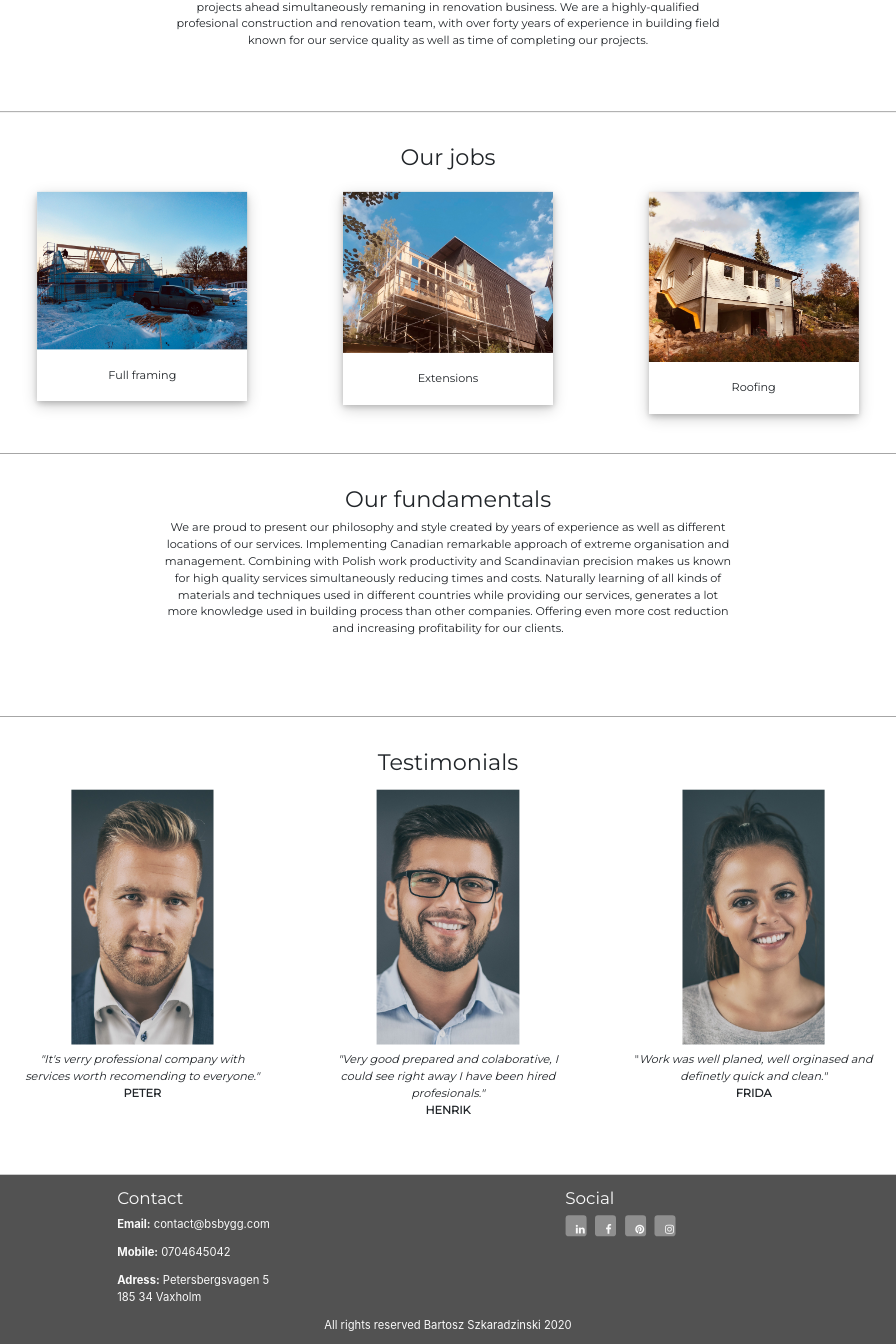
Repository: Bartie1982/milestone-project-1
Page: index.html
The author's editor kept a record of every edit. The page is drawn from the files as they stood at one moment, then again after the next edit.
The browser window is 1280 px wide. The pictures show the part of the page from y = 1033 to 2953 px (the page is 2953 px tall before and 2941 px after), at 70% of full size.

Above is the page before.

### index.html
<!DOCTYPE html>
<html lang="en">

<head>
    <meta charset="UTF-8">
    <meta name="viewport" content="width=device-width, initial-scale=1.0">
    <meta http-equiv="X-UA-Compatible" content="ie=edge">
    <link rel="stylesheet" href="https://stackpath.bootstrapcdn.com/bootstrap/4.3.1/css/bootstrap.min.css" type="text/css" />
    <link rel="stylesheet" href="https://stackpath.bootstrapcdn.com/font-awesome/4.7.0/css/font-awesome.min.css" type="text/css" />
    <link rel="stylesheet" href="assets/css/style.css" type="text/css" />
    <title>BsBygg</title>
</head>

<body>
    <header>
        <div class="container-fluid">
            <div class="row">
                    <div class="col-lg-11 d-flex">
                         <a href="index.html" class="col-md-2 logo "></a>
                        <nav class="navbar navbar-expand-xl navbar-dark">
                            <a class="navbar-brand" href="index.html">Bs bygg</a>
                                <button class="navbar-toggler" type="button" data-toggle="collapse" data-target="#navbarNav" aria-controls="navbarNav" aria-expanded="false" aria-label="Toggle navigation">
                                     <span class="navbar-toggler-icon"></span>
                                </button>
                                <div class="collapse navbar-collapse" id="navbarNav">
                                    <ul class="navbar-nav mr-auto">
                                        <li class="nav-item active">
                                            <a class="nav-link" href="#about-us">About us</a>
                                        </li>
                                        <li class="nav-item">
                                            <a class="nav-link" href="#our-jobs">Our jobs</a>
                                        </li>
                                        <li class="nav-item">
                                            <a class="nav-link" href="#our-fundamentals">Our fundamentals</a>
                                        </li>
                                        <li class="nav-item">
                                            <a class="nav-link" href="#testimonials">Testimonials</a>
                                        </li>
                                        <li class="nav-item">
                                            <a class="nav-link" href="#contact">Contact</a>
                                        </li>
                                    </ul>
                                </div>
                        </nav>
                    </div>
            </div>
        </div>
        <div class="container">
            <div class="row">
                    <div class="col-md-12 d-flex justify-content-center quote">
                        <h2>Profesionals simply by working different!</h2>
                    </div>
            </div>
        </div>
    </header>
        <div class="row">
            <div class="col-md-12 h-line3">
                <hr>
            </div>
        </div>
    <section>
        <div class="d-flex justify-content-center" id="about-us">
            <div class="col-md-8 about-us">
                <h2>About-us</h2>

                <p class="col-md-12 text-space">Established in 1995 our company is a family bussines,
                started by my father Zbigniew who was at that time  providing construction and renovation services of all sorts in Sweden and Scandinavia.
                In 1999 My brother and I have joined my fathers company and together with him we expanded rapidly.
                Completing bigger and more complicated houses designs in Sweden, Danmark, Uk, Poland and Canada over time  we were growing and evolving to get framing and construction projects ahead simultaneously remaning in renovation business.
                We are a highly-qualified profesional construction and renovation team, with over forty years of experience in building field known for our service quality as well as time of completing our projects.
                </p>

            </div>
        </div>

        <div class="row">
            <div class="col-md-12 h-line4">
                <hr>
            </div>
        </div>

    </section>
    <section>
        <div class="row" id="our-jobs">
            <div class="col-md-12 Our-jobs">
                <h2>Our jobs</h2>
                    <div class="row d-flex justify-content-around">
                        <div class="col-sm-12 col-md-12 col-lg-4">
                            <div class="polaroid">
                        <img src="./assets/images/balsta-light.jpg" alt="Full framing" style="width:100%">
                             <div class="container p">
                             <p>Full framing</p>
                             </div>
                       </div>
                        </div>
                        <div class="col-sm-12 col-md-12 col-lg-4">
                            <div class="polaroid">
                        <img src="./assets/images/flottare.jpg" alt="Extensions" style="width:100%">
                             <div class="container p">
                             <p>Extensions</p>
                             </div>
                       </div>
                        </div>
                        <div class="col-sm-12 col-md-12 col-lg-4">
                            <div class="polaroid">
                        <img src="./assets/images/akersberga.jpg" alt="Roofing" style="width:100%">
                             <div class="container p">
                             <p>Roofing</p>
                         </div>
                        </div>
                    </div>
                </div>
            </div>
        </div>
    </section>
    <section>
        <div class="row">
            <div class="col-md-12 h-line3">
                <hr>
            </div>
        </div>
        <div class="row d-flex justify-content-center" id="our-fundamentals">
            <div class="col-md-8 our-fundamentals">
                <h2>Our fundamentals</h2>

                <p class="col-md-12 text-space">We are proud to present our philosophy and style created by years of experience as well as different locations of our services.
                Implementing  Canadian remarkable approach of extreme organisation and management.
                Combining with Polish work productivity and Scandinavian precision makes us known for high quality services simultaneously reducing times and costs.
                Naturally learning of all kinds of materials and techniques used in different countries while providing our services, generates a lot more knowledge used in building process than other companies. Offering even more
                cost reduction and increasing profitability for our clients.
                </p>
            </div>
        </div>

        <div class="row">
            <div class="col-md-12 h-line4">
                <hr>
            </div>
        </div>
    </section>
    <section>
        <div class="row" id="testimonials">
            <div class="col-md-12 Testimonials">
                <h2>Testimonials</h2>
                    <div class="row people d-flex justify-content-around">
                        <div class="col-sm-12 col-md-4 person">
                            <img class="img-fluid" src="./assets/images/Face 6.jpg" alt="Peter">
                            <p class="text-space"><i>"It's verry professional company with services worth recomending to everyone."</i><br><b>PETER</b></p>
                        </div>
                        <div class="col-sm-12 col-md-4 person">
                            <img class="img-fluid" src="./assets/images/Face 4.jpg" alt="Henrik">
                            <p class="text-space"><i>"Very good prepared and colaborative, I could see right away I have been hired profesionals."</i><br><b>HENRIK</b></p>
                        </div>
                        <div class="col-sm-12 col-md-4 person">
                            <img class="img-fluid" src="./assets/images/Face 7.jpg" alt="Frida">
                            <p class="text-space">"<i>Work was well planed, well orginased and definetly quick and clean."</i><br><b>FRIDA</b></p>
                        </div>
                    </div>
            </div>
                <div class="row">
                    <div class="col-md-12 h-line4">
                        <hr>
                    </div>
                </div>
    </section>
    <footer class="container-fluid" id="contact">
        <div class="row">
                <div class="col-lg-6 col-md-6 col-sm-12 mx-auto">
                    <h4 class="general-sub w-50 mx-auto">Contact</h4>

                        <div class="w-50 mx-auto">
                            <div>
                            <p><b>Email:</b> contact@bsbygg.com</p>
                            </div>
                            <div>
                            <p><b>Mobile:</b> 0704645042 </p>
                            </div>
                            <div>
                            <p><b>Adress:</b> Petersbergsvagen 5 <br>185 34 Vaxholm</p>
                        </div>
                </div>
        </div>
            <div class="col-lg-6 col-md-6 col-sm-12 social mx-auto">
                <h4 class="general-sub w-50 mx-auto">Social</h4>
                <ul class="list-inline social-links w-50 mx-auto">
                <li class="list-inline-item">
                    <a target="_blank" href="https://www.linkedin.com/">
                        <i class="fa fa-linkedin" aria-hidden="true"></i>
                        <span class="sr-only">Linkedin</span>
                    </a>
                </li>

                <li class="list-inline-item">
                    <a target="_blank" href="https://www.facebook.com/">
                        <i class="fa fa-facebook" aria-hidden="true"></i>
                        <span class="sr-only">Facebook</span>
                    </a>

                </li>
                <li class="list-inline-item">
                    <a target="_blank" href="https://www.pinterest.com/">
                        <i class="fa fa-pinterest" aria-hidden="true"></i>
                        <span class="sr-only">Pinterest</span>
                    </a>
                </li>
                <li class="list-inline-item">
                    <a target="_blank" href="https://www.instagram.com/">
                        <i class="fa fa-instagram" aria-hidden="true"></i>
                        <span class="sr-only">Instagram</span>
                    </a>
                </li>

                </ul>
            </div>
        </div>
        <div class="d-flex justify-content-center">
            <p class="">All rights reserved  Bartosz Szkaradzinski 2020</p>
        </div>
    </footer>
</body>

</html>

### assets/css/style.css
@import url('https://fonts.googleapis.com/css?family=Montserrat&display=swap:100,200,300,400,500,600,700|Exo:100,200,300,400,500,600,700');


/*----------------------------------------------Colours*/
.bg-color-name-title {
      color: #000234;
}



/*----------------------------------------------Heading*/

html, body {
    width: 100vw;
    overflow-x: hidden;
    overflow-y: auto;
}

header {
    margin: 0;
    background: url("../images/Villa1.jpg");
    background-repeat: no-repeat;
    background-size: cover;
    height: 800px;

}

.logo {
    background: url("../images/logo1.png");
    background-position: left;
    background-repeat: no-repeat;
    background-size: 85px;
    min-height: 85px;
    margin-top: 5px;
    margin-left: 30px;

}

.navbar-dark {
    position: relative;
    font-size: 22px;

}

.navbar-brand {
    margin-bottom: 8px;
    font-size: 25px;

}

.quote {
    margin-top: 550px;
    margin-left: auto;
    margin-right: auto;
    color: #cdcdcd;
    font-family: "Exo", Montserrat;
    font-weight: 100;
    font-size: 30px;

}

/*----------------------------------------------About us*/

.about-us {

    font-family: "Exo", Montserrat;
    margin-top: 30px;
    text-align: center;
    min-height: 300px;

}

/*----------------------------------------------Our fundamentals*/



.our-fundamentals {
    font-family: "Exo", Montserrat;
    margin-top: 30px;
    text-align: center;
    min-height: 300px;
}




/*----------------------------------------------Our jobs*/

.polaroid {
  width: 300px;
  box-shadow: 0 4px 8px 0 rgba(0, 0, 0, 0.2), 0 6px 20px 0 rgba(0, 0, 0, 0.19);
  text-align: center;
  margin: 30px auto 40px auto;

}

.Our-jobs {
    font-family: "Exo", Montserrat;
    margin-top: 30px;
    text-align: center;
    min-height: 300px;

}


/*----------------------------------------------Testimonials*/

.container p {
  padding: 25px;
}
.people {
    margin-top:20px;
    margin-bottom: 40px;
}
.person {

    height: inherit;
    margin-bottom: 30px;
}
.person img {
    width: 50%;
    margin-left: auto;
    margin-right: auto;
}
.person p {
    padding-left: 30px;
    padding-right: 30px;
}


.name {
    font-family: "Exo", Montserrat;
    background-position: center;
    margin-top: 50px;
    font-weight: 100;
    min-height: 100px;
    font-size: 46px;
    color: #fff;

}

.Testimonials {
    font-family: "Exo", Montserrat;
    margin-top: 30px;
    text-align: center;
    min-height: 300px;

}

/*----------------------------------------------Spacers/lines/margins/paddings/text */

h1,
h2,
h3,
h4 {
       margin: 0;
}



hr {
    background-color: grey;
    height: 1px;
    border: 0; }

.h-line3 {
    margin-top: 0;

}

.h-line4 {
    margin-top: 1%;
}

.text-space {
    margin-top: 10px;
    margin-bottom: 10px;
}

.general-sub {
    margin-top: 20px;
    margin-bottom: 10px;
    color: #fafafa;
    font-family: "Exo", Montserrat;
    font-weight: 300;

}

.inline-block {
    display: inline-block;

}

/*----------------------------------------------Footer*/

footer {
    background-color: #525252;
    color: #fafafa;
    min-height: 240px;
}

.contact {
    margin-left: auto;
    margin-right: auto;

}

.quote-pdf i {
    font-size: 20px;
    color: #fafafa;
    text-align: center;
    padding-left: 8px;
    transition: all 0.45s ease-in;
    -moz-transition: all 0.45s ease-in;
    -webkit-transition: all 0.45s ease-in;
    -o-transition: all 0.45s ease-in;
}

.quote-pdf i:hover {
    color: #40A8AF;

}
.social {
     margin-right: auto;
     margin-left: auto;
}

.social-links li a i {
    width: 30px;
    height:30px;
    padding: 15px;
    border-radius: 15%;
    font-size: 15px;
    line-height: 10px;
    text-align: center;
    color: #fafafa;
    background: #8f8f8f;
    transition: all 0.35s ease-in;
    -moz-transition: all 0.35s ease-in;
    -webkit-transition: all 0.35s ease-in;
    -o-transition: all 0.35s ease-in;
}

.social-links li a i:hover {
    background: #40A8AF;
}

After the next edit:
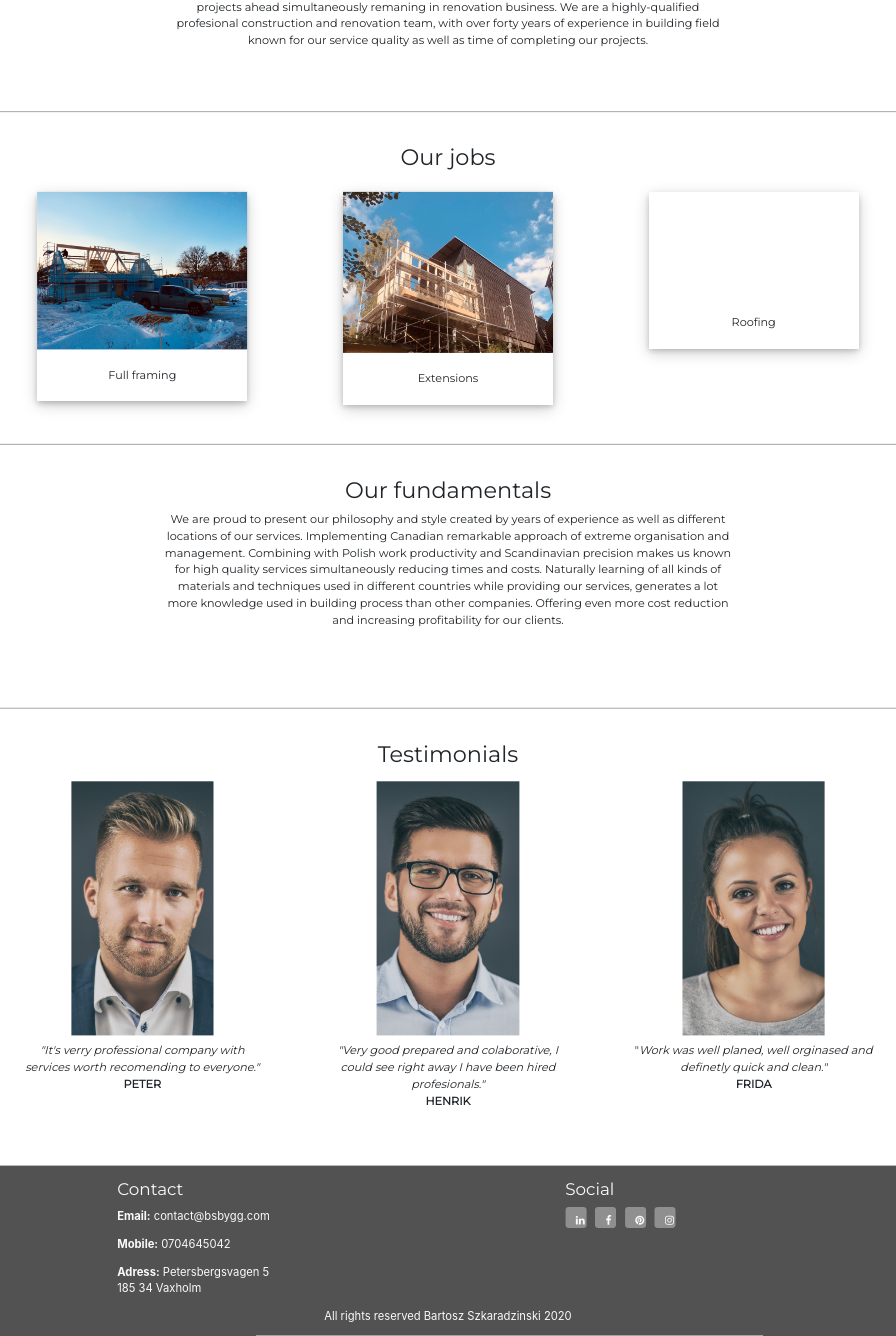
The edit:
--- a/index.html
+++ b/index.html
@@ -103,7 +103,7 @@
                         </div>
                         <div class="col-sm-12 col-md-12 col-lg-4">
                             <div class="polaroid">
-                        <img src="./assets/images/akersberga.jpg" alt="Roofing" style="width:100%">
+                        <img src="./assets/images/tak-arbetet.jpg" alt="Roofing" style="width:100%">
                              <div class="container p">
                              <p>Roofing</p>
                          </div>
